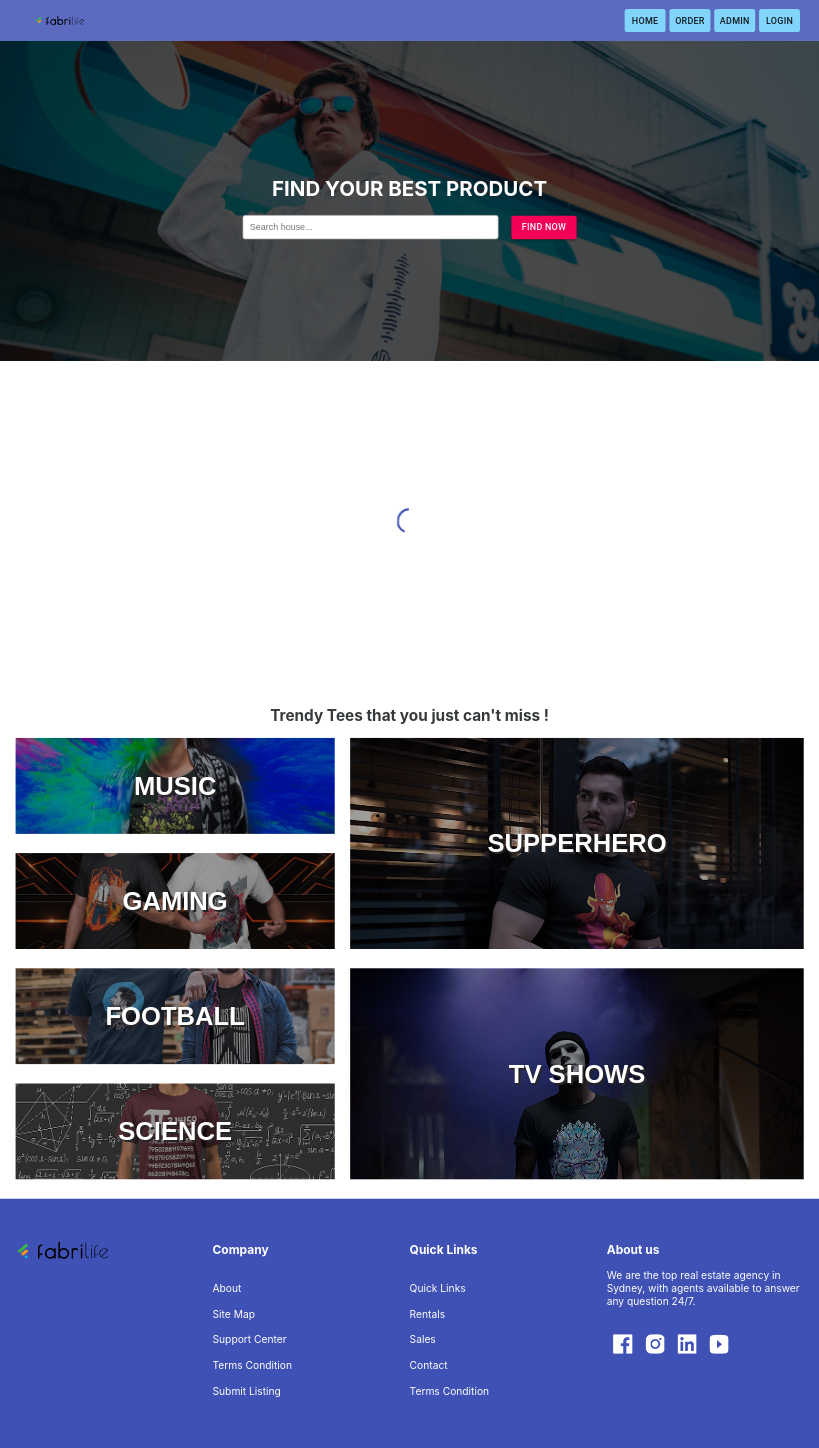
Repository: arif286/fabrilife-E-commerce-client-site
Page: /
These files come from the project's save history. The page is drawn as it stood at one moment and after the next save; the edit follows.
The browser window is 1280 px wide. The pictures show the whole page, at 64% of full size.
The page's requests for data from a server got no answer. The project was rebuilt for these pictures with package versions that can differ from the ones it lists, and the page was loaded fresh each time. No one was signed in, and anything a server would have sent is missing. Also part of the build but not shown: src/components/Admin/Admin.css, src/components/Admin/AddEvent/AddEvent.css, src/components/Admin/AddEvent/AddEvent.js, src/components/Admin/ProductManage/ProductManage.js, src/components/Admin/Sidebar/Sidebar.css, src/components/Admin/Sidebar/Sidebar.js, src/components/Admin/Admin.js, src/components/CheckOut/CheckOut.css and 10 more.

Above is the page before, as saved 2021-04-01 20:08:54.

After the next save:
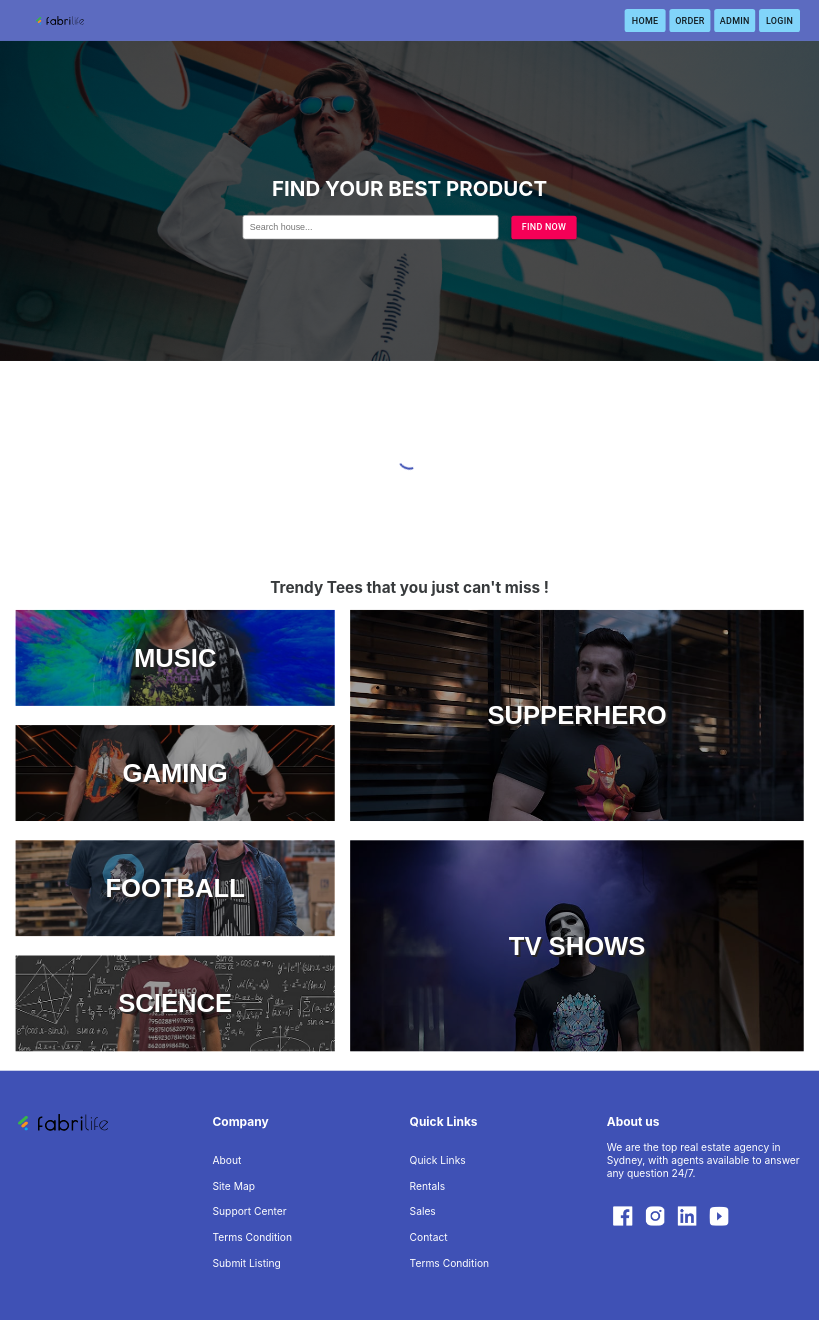
Saved 14 s later.
--- a/src/components/Shop/Shop.js
+++ b/src/components/Shop/Shop.js
@@ -10,7 +10,7 @@
     display: "flex",
     justifyContent: "center",
     alignItems: "center",
-    height: "500px",
+    height: "300px",
   },
 }));
 const Shop = () => {

After the 2 saves that followed:
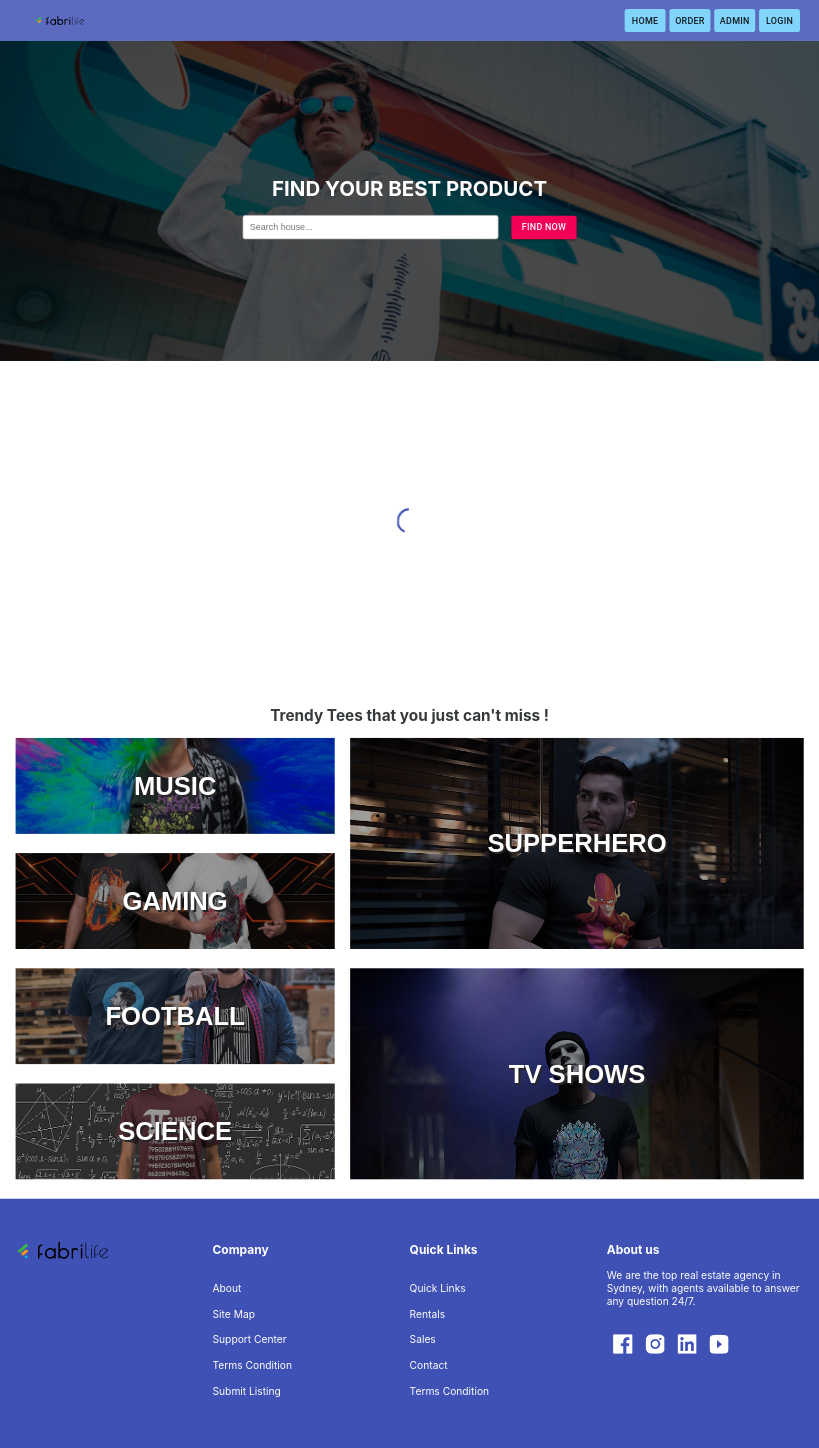
The 2 saves are shown as one change because 1 left the picture as it was.
The last was saved 22 s later.
--- a/src/components/Shop/Shop.js
+++ b/src/components/Shop/Shop.js
@@ -10,7 +10,7 @@
     display: "flex",
     justifyContent: "center",
     alignItems: "center",
-    height: "300px",
+    height: "500px",
   },
 }));
 const Shop = () => {
@@ -19,7 +19,7 @@
 
      useEffect(() => {
        axios
-         .get("https://lychee-custard-24286.herokuapp.com/even")
+         .get("https://lychee-custard-24286.herokuapp.com/event")
          .then((res) => setEvent(res.data))
          .catch((error) => console.log(error));
      }, []);
